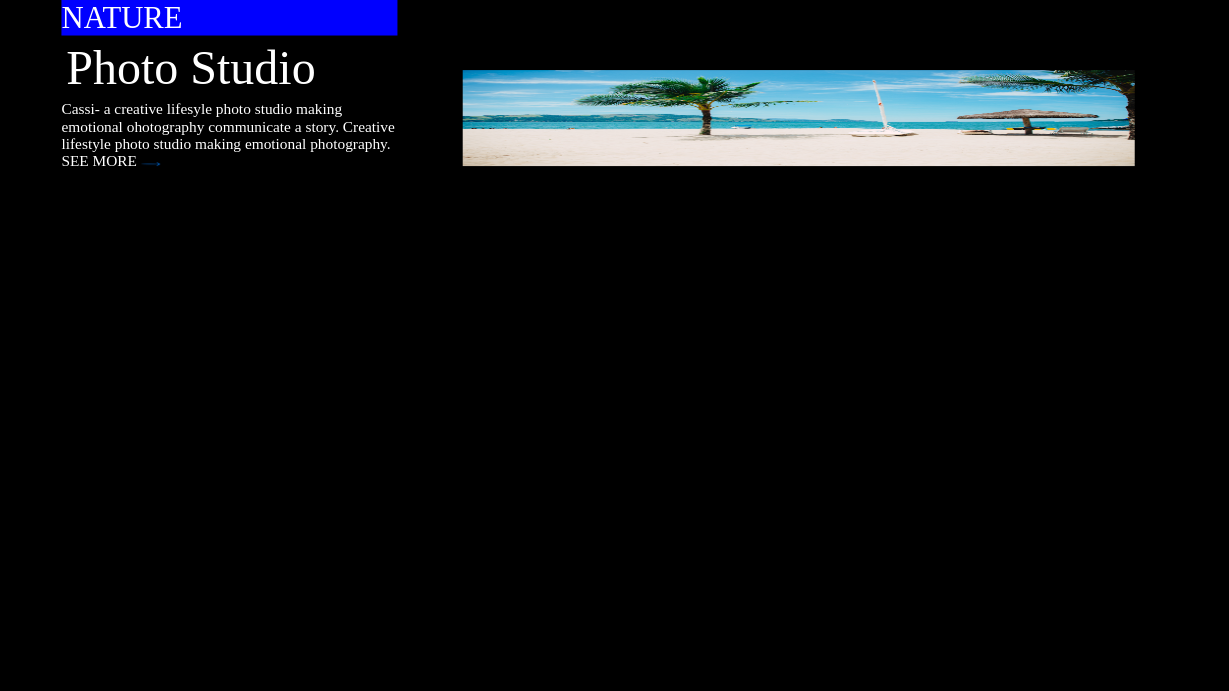
Repository: BRAspeaks/petty-project1
Page: petty project 1.html
The author's editor kept a copy of each file at every save. The page is drawn from the files as they stood at one save, then again after the next save.
The browser window is 1280 px wide. The pictures show the whole page, at 96% of full size.

Above is the page before, as saved 2022-07-25 15:13:16.

### petty project 1.html
<!DOCTYPE html>
<html lang="en">
    <head>
        <meta charset="UTF-8">
        <meta http-equiv="X-UA-Compatible" content="IE=edge">
        <meta name="viewport" content="width=device-width, initial-scale=1.0">
        <title> Photo Studio</title>
        <link rel="stylesheet" href="pettyproject1.css">
    </head>
    <body>
        <div class="main">
            <p class="Nature"> NATURE</p>
            <p class="photo">Photo Studio</p>
            <p class="bodice">Cassi- a creative lifesyle photo studio making emotional ohotography communicate a story. Creative lifestyle photo studio making emotional photography.</p>
            <p class="more">SEE MORE </p>
            <img src="bluearrow.png" class="arrow">
        </div>
        <div class="image">
            <img src="beach.jpg" class="beach" >
        </div>
    </body>
</html>

### pettyproject1.css
* {
    margin: 0;
    padding: 0;
    box-sizing: border-box;
}
body{
    background-color: black;
    color: white;
}
.main{
    text-align: left;
    width: 350px;
    /* margin-top: 50%;
    margin-bottom: 50%; */
    margin-left: 5%;
    margin-right: 5%;
}
.Nature{
    background-color: blue;
    /* width:70px; */
    font-size: 2rem;
}
.photo{
    font-size: 50px;
    margin: 5px;
}
.arrow{
    width:20px;
}
.more, .arrow {
    display: inline-block
}
.main, .image{
    display:inline-block;
}
.image{
    /* text-align: right;    */
}
.beach{
    width: 700px;
    height: 100px;
    /* margin-bottom: -500px; */
}

After the next save:
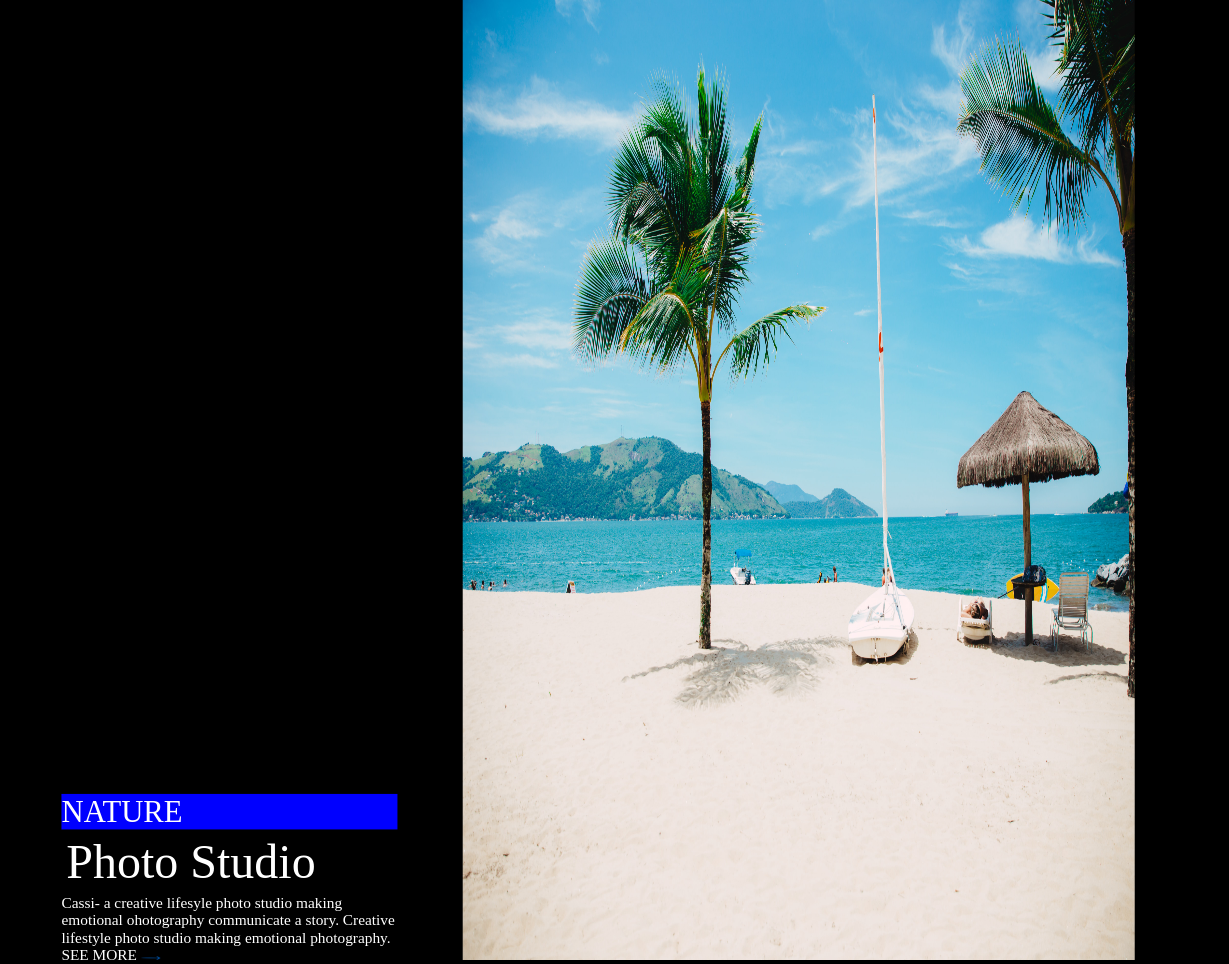
Saved 4 s later.
--- a/pettyproject1.css
+++ b/pettyproject1.css
@@ -38,6 +38,6 @@ body{
 }
 .beach{
     width: 700px;
-    height: 100px;
+    height: 1000px;
     /* margin-bottom: -500px; */
 }
